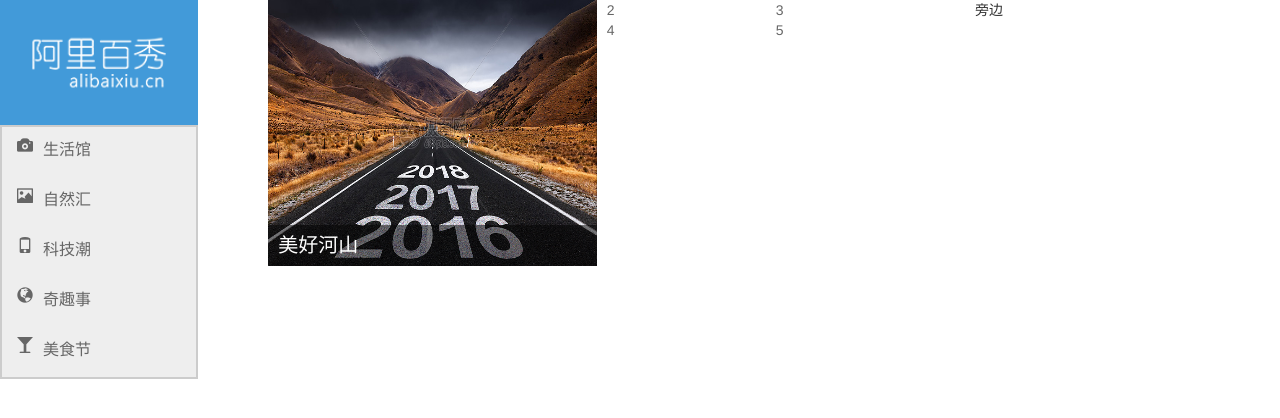
Repository: zhangwen001208/bootstrap-demo
Page: index.html
The author's editor kept a copy of each file at every save. The page is drawn from the files as they stood at one save, then again after the next save.
The browser window is 1280 px wide. The pictures show the whole page.

Above is the page before, as saved 2022-09-08 11:01:14.

After the next save:
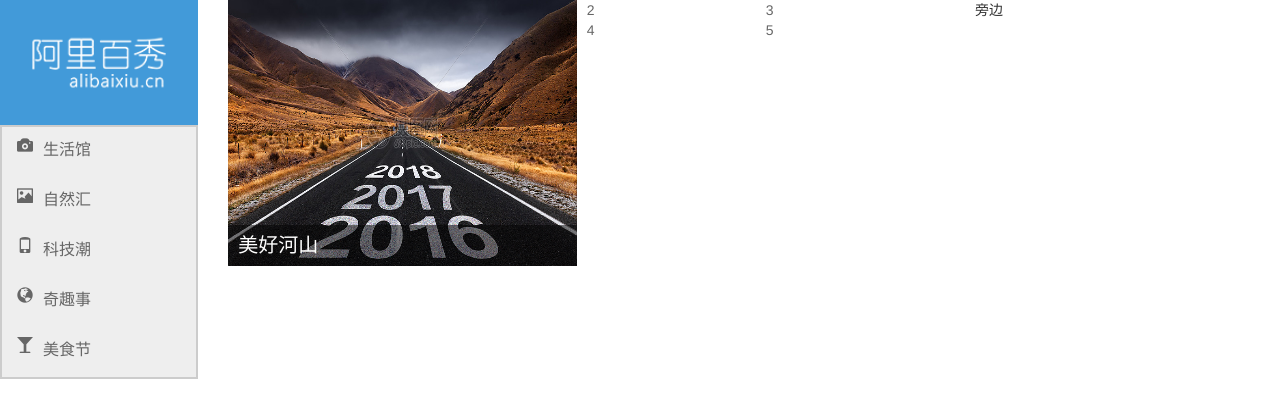
Saved 2 min 33 s later.
--- a/css/index.css
+++ b/css/index.css
@@ -5,9 +5,14 @@
     }
 
  }
+ ul{
+    padding: 0;
+    margin: 0;
+ }
  ul>li {
     list-style: none;
     text-decoration: none;
+
  }
  a {
     color: #666;
@@ -18,6 +23,7 @@
  p{
     margin-bottom: 0;
  }
+
 
 
 
